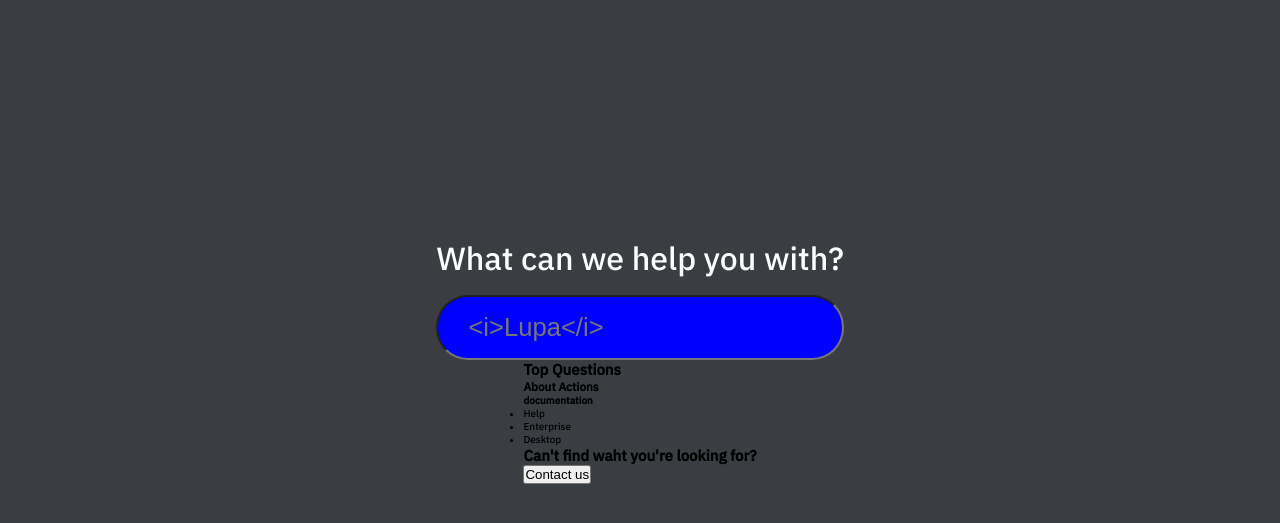
Repository: Hcmwebs/Help-Center-UI-
Page: index.html
These files come from the project's save history. The page is drawn as it stood at one moment and after the next save; the edit follows.
The browser window is 1280 px wide. The pictures show the whole page.
The style sheet was rebuilt from its Sass, Less or Tailwind sources for each picture, by a compiler version that may differ from the author's.

Above is the page before, as saved 2020-08-20 20:09:45.

After the next save:
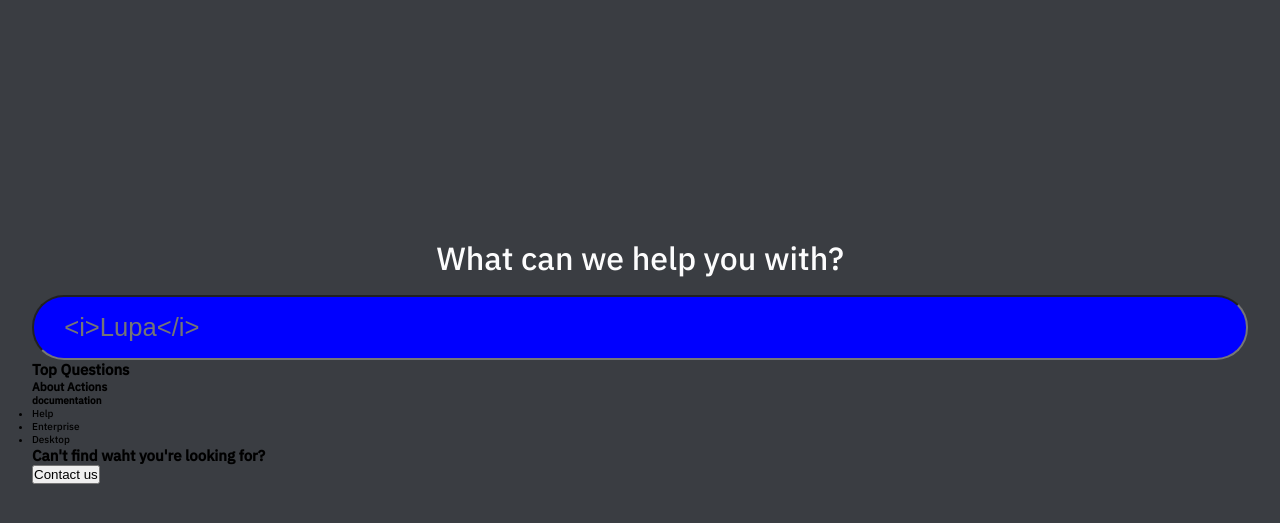
Saved 42 s later.
--- a/scss/styles.scss
+++ b/scss/styles.scss
@@ -22,10 +22,6 @@ body{
 .container{
     width: 100%;
     padding: 0 2rem ;
-    display: flex;
-    flex-direction: column;
-    justify-content: center;
-    align-items: center;
 
 }
 header{
@@ -44,8 +40,6 @@ header{
         padding: 1rem;
         background-color: blue;
         border-radius: 2rem;
-
-
     }
 
 }
